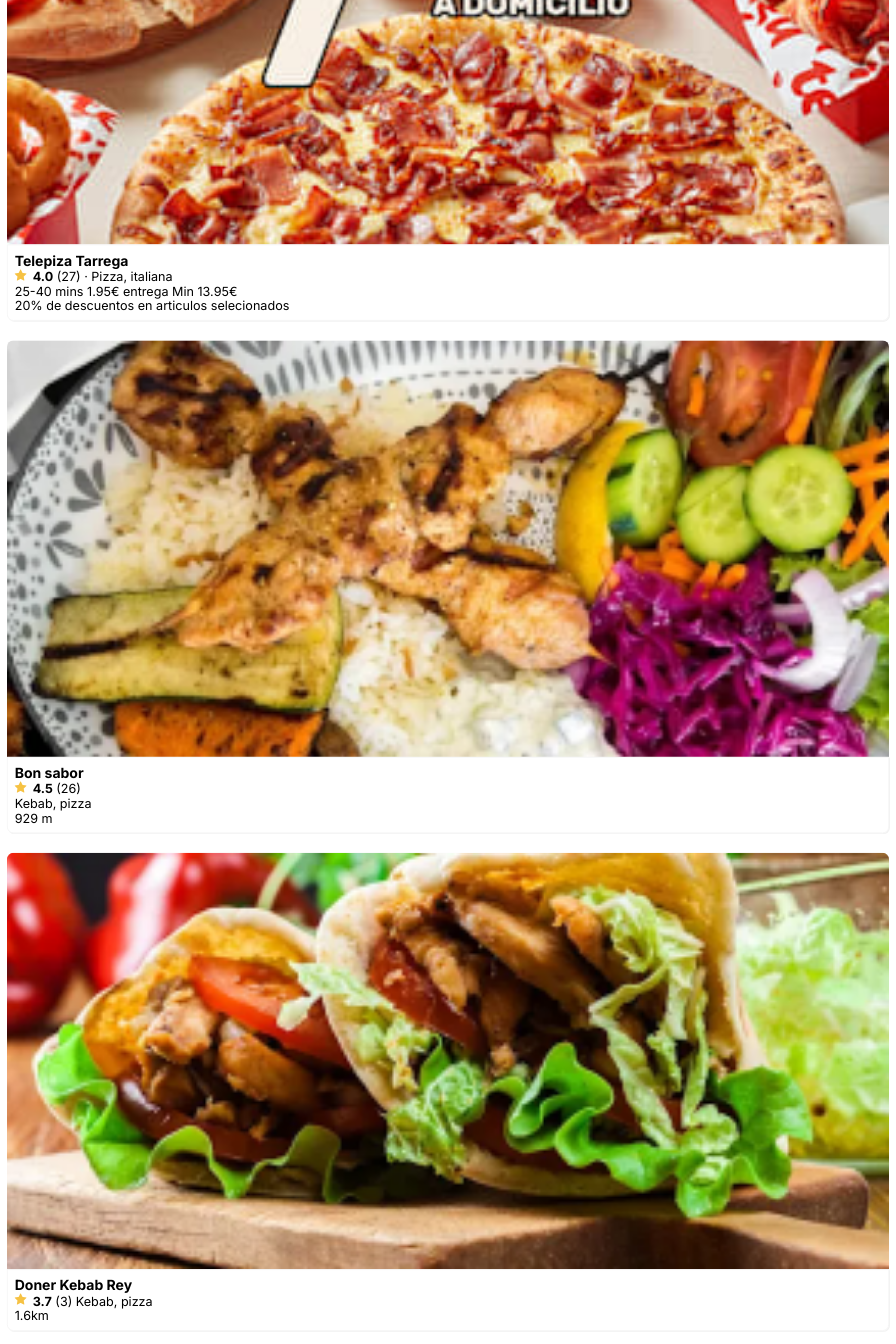
Repository: Srpinedaa/justEat
Page: index.html
These files come from the project's save history. The page is drawn as it stood at one moment and after a run of saves; the edit follows.
The browser window is 1280 px wide. The pictures show the part of the page from y = 905 to 2825 px (the page is 2825 px tall before and 2781 px after), at 70% of full size.

Above is the page before, as saved 2024-10-10 16:24:33.

After the next 2 saves:
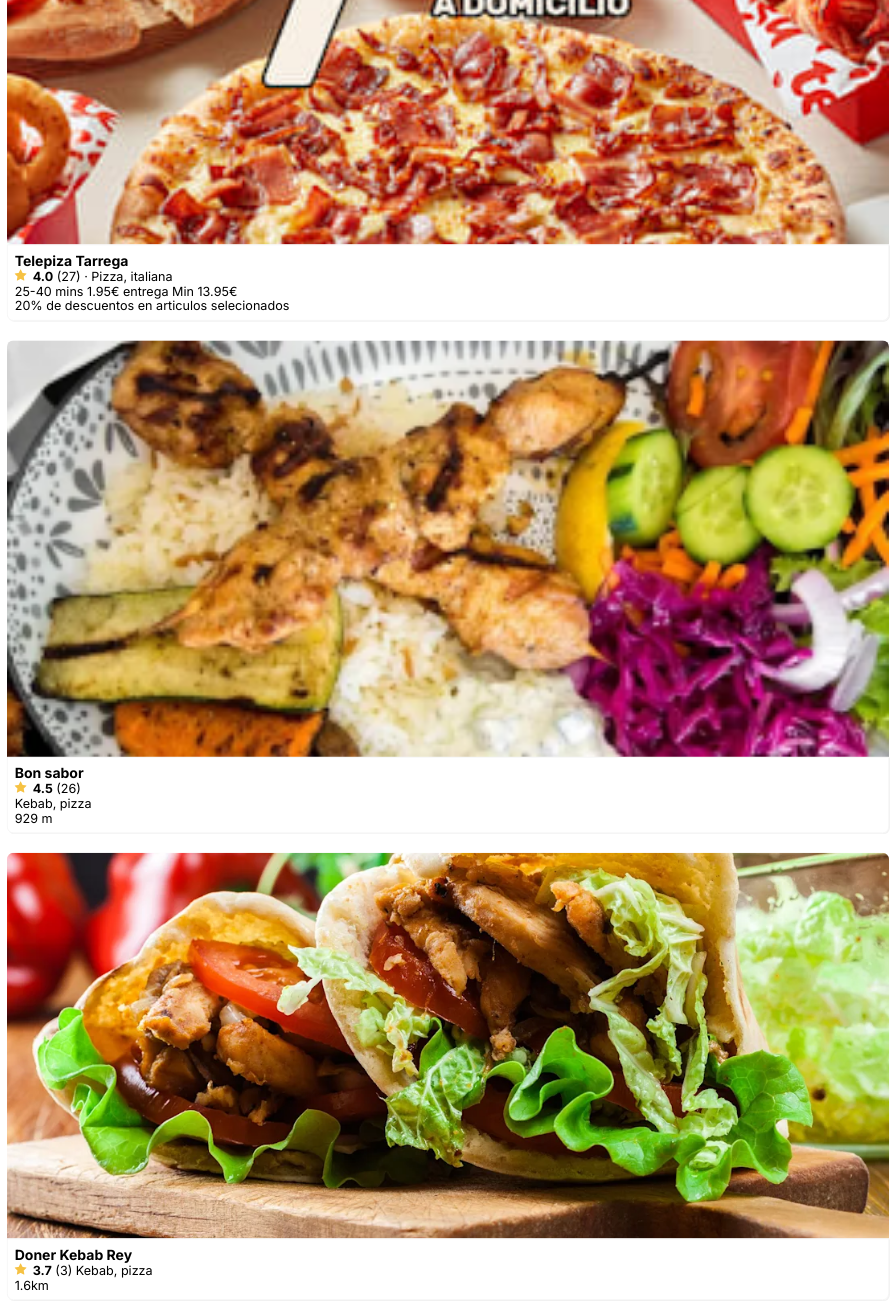
The 2 saves are shown as one change because they came seconds apart.
The last was saved 2 min 10 s later.
--- a/index.html
+++ b/index.html
@@ -108,7 +108,7 @@
                         </div>
                         <div class="pedido">
                             <div class="imagenPedido">
-                                <img src="img/doner.png" alt="pizza">
+                                <img src="img/doner.webp" alt="pizza">
                             </div>
                             <div class="informacionPedido">
                                 <h5>Doner Kebab Rey</h5>
